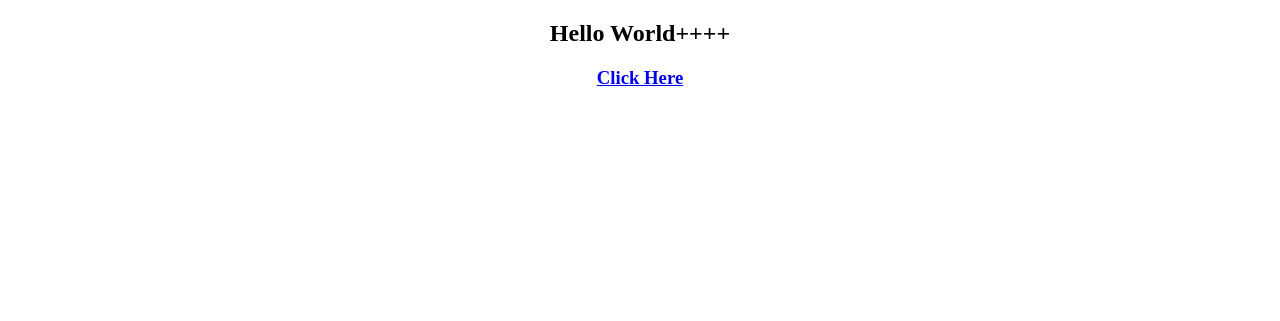
Repository: icecreamfrappe/workspacetest
Page: http://localhost/BubbleBee/
The author's editor kept a copy of each file at every save. The page is drawn from the files as they stood at one save, then again after the next save.
The browser window is 1280 px wide. The pictures show the whole page.
The page is served by Tomcat 9.

Above is the page before, as saved 2015-06-11 08:19:26.

### BubbleBee/src/main/webapp/index.jsp
<%@ page language="java" contentType="text/html; charset=ISO-8859-1"

pageEncoding="ISO-8859-1"%>
<!DOCTYPE html PUBLIC "-//W3C//DTD HTML 4.01 Transitional//EN" "http://www.w3.org/TR/html4/loose.dtd">
<html>
<head>
<meta http-equiv="Content-Type" content="text/html; charset=ISO-8859-1">
<title>Spring 4 MVC - HelloWorld Index Page</title>
</head>
<body>
 	<FORM ACTION="helloworld.jsp" METHOD="POST">
	<center>
		<h2>Hello World++++</h2>
		<h3>
			<a href="hello?name=BubbleBee">Click Here</a>
		</h3>


	</center>
	</FORM>
</body>
</html>

After the next save:
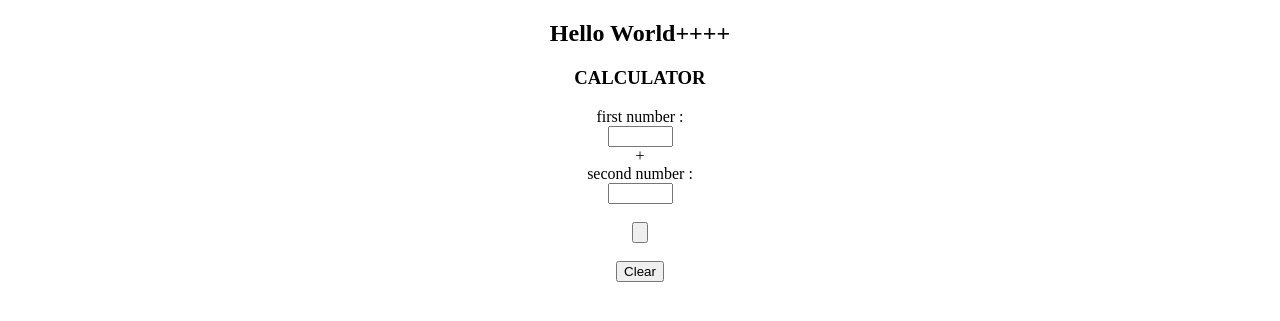
Saved 11 min 11 s later.
--- a/BubbleBee/src/main/webapp/index.jsp
+++ b/BubbleBee/src/main/webapp/index.jsp
@@ -11,9 +11,37 @@ pageEncoding="ISO-8859-1"%>
  	<FORM ACTION="helloworld.jsp" METHOD="POST">
 	<center>
 		<h2>Hello World++++</h2>
-		<h3>
+
+		 <form action="helloworld.jsp" method="POST">
+		<%-- <h3>
 			<a href="hello?name=BubbleBee">Click Here</a>
-		</h3>
+			</h3>
+		--%>
+
+		<h3>CALCULATOR</h3>
+
+               first number :
+                <BR>
+                <INPUT TYPE="TEXT" NAME="n1" SIZE="5" VALUE="">
+
+                <BR>
+                +
+                <BR>
+
+                second number :
+                <BR>
+                <INPUT TYPE="TEXT" NAME="n2" SIZE="5" VALUE="">
+
+                <BR>
+                <BR>
+
+                <INPUT TYPE="SUBMIT" VALUE="">
+                <BR>
+                <BR>
+
+
+                <INPUT TYPE= "RESET" VALUE= "Clear">
+
 
 
 	</center>
